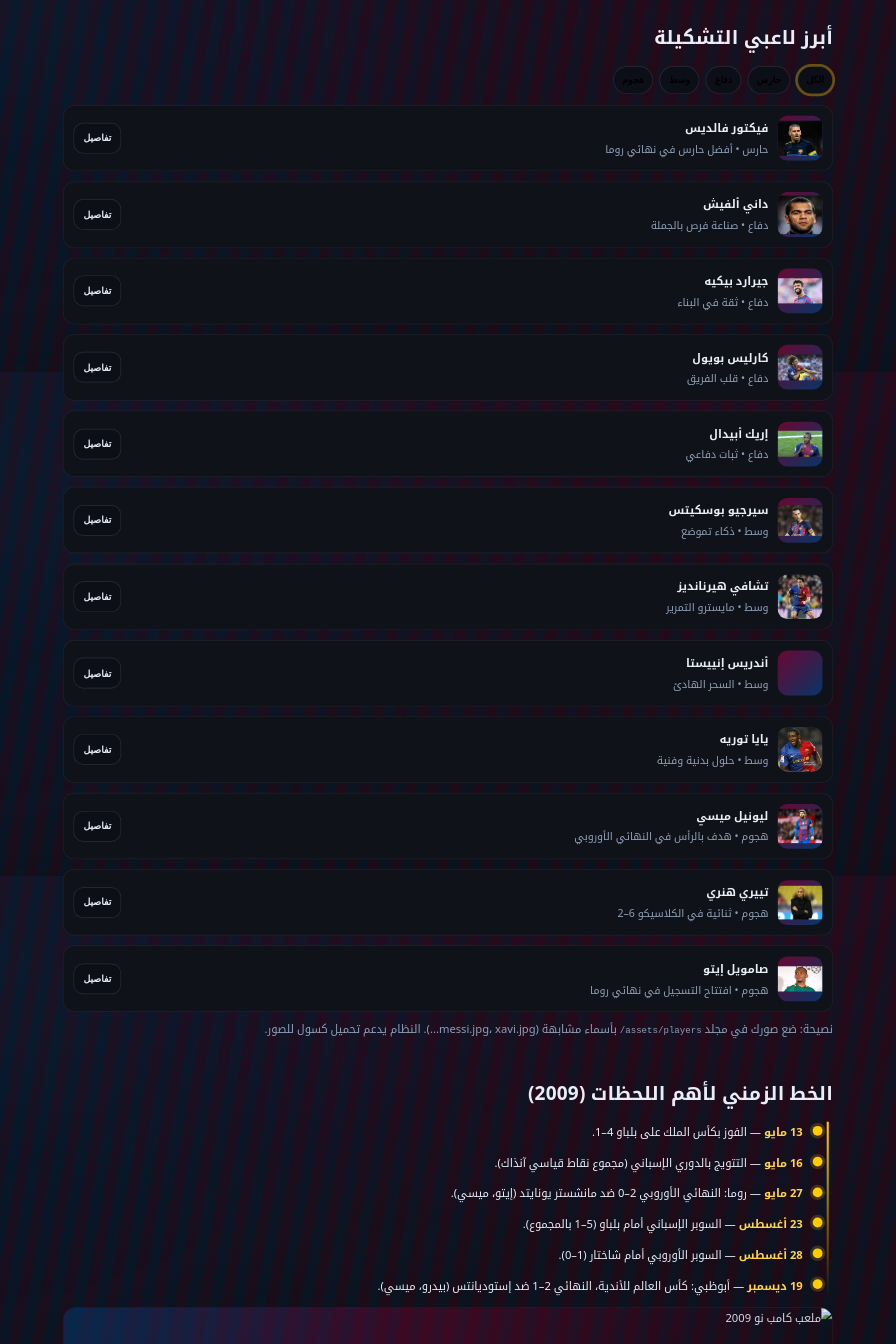
Repository: baha1115/aya-barca
Page: index.html
An editor plug-in stored every save of this project. The page is shown before and after the next save, followed by the edit.
The browser window is 1280 px wide. The pictures show the part of the page from y = 909 to 2829 px (the page is 3533 px tall), at 70% of full size.

Above is the page before, as saved 2025-11-17 14:50:42.
Not found: assets/stadium/camp-nou.jpg
Not found: assets/trophies/cdr-2009.jpg
Not found: assets/trophies/cwc-2009.jpg

After the next save:
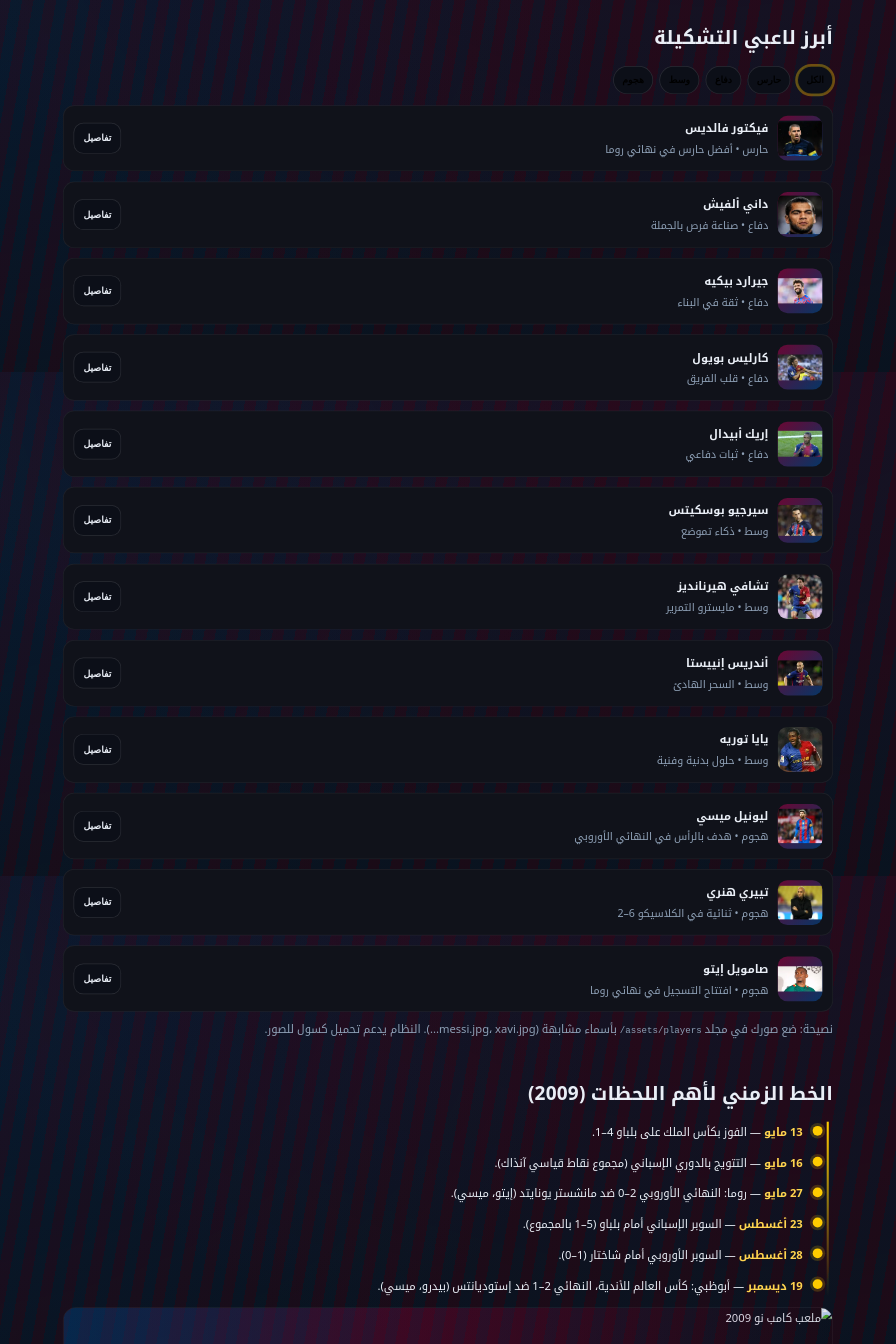
Saved 66 s later.
--- a/index.html
+++ b/index.html
@@ -285,7 +285,7 @@
       { name: 'إريك أبيدال', pos: 'دفاع', number: 22, img: 'abidal.webp', highlight: 'ثبات دفاعي', bio: 'تغطية مثالية في الجهة اليسرى.' },
       { name: 'سيرجيو بوسكيتس', pos: 'وسط', number: 28, img: 'busquets.webp', highlight: 'ذكاء تموضع', bio: 'الظهور الأول الكبير مع بيب وأصبح محور المنظومة.' },
       { name: 'تشافي هيرنانديز', pos: 'وسط', number: 6, img: 'xavi.webp', highlight: 'مايسترو التمرير', bio: 'إملاء إيقاع اللعب بدقة متناهية.' },
-      { name: 'أندريس إنييستا', pos: 'وسط', number: 8, img: 'ineista.webp', highlight: 'السحر الهادئ', bio: 'لقب "الرسام" لتأثيره الفني الحاسم.' },
+      { name: 'أندريس إنييستا', pos: 'وسط', number: 8, img: 'iniesta.webp', highlight: 'السحر الهادئ', bio: 'لقب "الرسام" لتأثيره الفني الحاسم.' },
       { name: 'يايا توريه', pos: 'وسط', number: 24, img: 'yaya.webp', highlight: 'حلول بدنية وفنية', bio: 'لعب قلب دفاع في أوقات حرجة بنهائي الكأس.' },
       { name: 'ليونيل ميسي', pos: 'هجوم', number: 10, img: 'messi.webp', highlight: 'هدف بالرأس في النهائي الأوروبي', bio: 'نجم الفريق الأول في بداية حقبة ذهبية.' },
       { name: 'تييري هنري', pos: 'هجوم', number: 14, img: 'henry.webp', highlight: 'ثنائية في الكلاسيكو 6–2', bio: 'خبرة وهدوء أمام المرمى.' },
